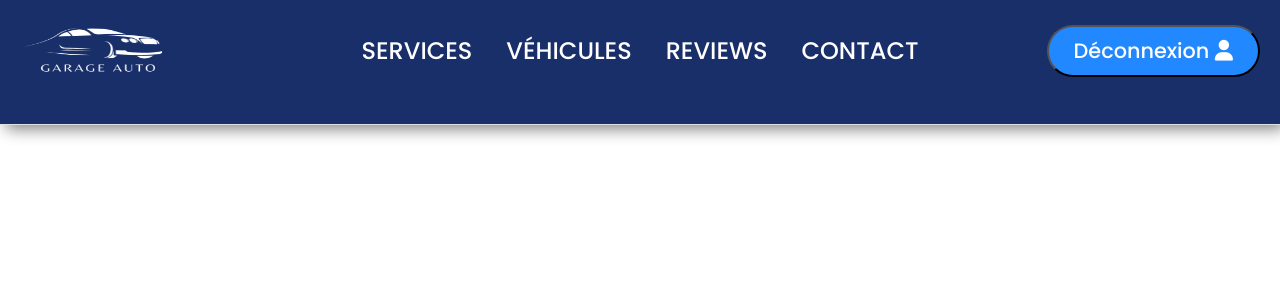
Repository: haifabilel/garage_ecf
Page: http://localhost/espace_admin/admin_page.php
An editor plug-in stored every save of this project. The page is shown before and after the next save, followed by the edit.
The browser window is 1280 px wide. The pictures show the whole page.
Some web fonts or font styles are not loaded; a fallback is used. Some web libraries are served in a nearby version. The page is run by PHP 8.4 with error messages shown; the project is at /var/www/html/.

Above is the page before, as saved 2023-10-14 14:10:19.

### espace_admin/admin_page.php
<?php
 require_once ('connexion.php');



 ?>
<!DOCTYPE html>
<html lang="fr">
 <head>
        <meta charset="utf-8">
        <meta http-equiv="X-UA-Compatible" content="IE=edge">
        <title>garage</title>
        <meta name="description" content="Notre garage est parfaitement équipé, le Garage V.Parrot entretient vos véhicules et propose également des occasions toutes marques garanties. Il assure également le diagnostic et la réparation
         toutes marques de vos véhicules.">
         <meta name="viewport" content="width=device-width, initial-scale=1">
         <link href="https://cdn.jsdelivr.net/npm/bootstrap-icons@1.10.2/font/bootstrap-icons.css" rel="stylesheet"/>
         <link href="https://cdn.jsdelivr.net/npm/bootstrap@5.2.3/dist/css/bootstrap.min.css" rel="stylesheet"/>
            <!-- Bootstrap icons CSS -->
        <link rel="stylesheet" href="https://cdn.jsdelivr.net/npm/bootstrap-icons@1.6.1/font/bootstrap-icons.css">
        <!-- font awesome cdn link-->
        <link rel="stylesheet" href="https://cdnjs.cloudflare.com/ajax/libs/font-awesome/6.3.0/css/all.min.css" integrity="sha512-SzlrxWUlpfuzQ+pcUCosxcglQRNAq/DZjVsC0lE40xsADsfeQoEypE+enwcOiGjk/bSuGGKHEyjSoQ1zVisanQ==" crossorigin="anonymous" referrerpolicy="no-referrer">
            <!-- Bootstrap -->
        <link rel="stylesheet" href="https://cdn.jsdelivr.net/npm/bootstrap@5.2.3/dist/css/bootstrap.min.css" integrity="sha384-rbsA2VBKQhggwzxH7pPCaAqO46MgnOM80zW1RWuH61DGLwZJEdK2Kadq2F9CUG65" crossorigin="anonymous">
            <!-- CSS Link -->
        <link rel="stylesheet" href="../css/style.css">
    </head>
    <header class="d-flex flex-wrap align-items-center justify-content-center justify-content-md-between py-3 mb-4 border-bottom">
      <div class="col-md-3 mb-2 mb-md-0">
      <a href="../index.php" class="logo">
          <img src="../assets/images/1.png" alt="logo" style="width: 190px; height: 140px; ">
        </a>
      </div>

      <ul class="nav col-12 col-md-auto mb-2 justify-content-center mb-md-0">
          <li><a href="#services" class="nav-link" px-2>services</a></li>
          <li><a href="./templates/vehicules.php" class="nav-link" px-2>Véhicules</a></li>
          <li><a href="#reviews" class="nav-link" px-2>Reviews</a></li>
          <li><a href="./templates/contact.php" class="nav-link" px-2>Contact</a></li>
      </ul>

      <div class="col-md-3 text-end">
      <button class="button" id="btn-login" >Déconnexion <i class="fa-solid fa-user"></i></a>
      </div>
    </header>
    <section>
<h2>Pannel admin : Bienvenue Mr Parrot</h2>



    </section>

### espace_admin/connexion.php
<?php

//connexion à la bdd
$user = 'root';
$pass = '';
try {
    $conn = new PDO('mysql:host=localhost;dbname=ecf',$user, $pass);
    $conn->setAttribute(PDO::ATTR_ERRMODE , PDO::ERRMODE_EXCEPTION);

}catch(PDOException $e){
  // Enregistrement du message d'erreur dans le fichier bdlogs.log pour sécuriser les coordonnées.
  file_put_contents('bdlogs.log', $e->getMessage().PHP_EOL, FILE_APPEND);

}


?>

### css/style.css
@import url('https://fonts.googleapis.com/css2?family=Cormorant+Garamond:ital,wght@1,300;1,400;1,500;1,600;1,700&family=Crimson+Text:wght@400;600&family=EB+Garamond:wght@700&family=Lora:ital@1&family=Nanum+Myeongjo:wght@400;700;800&family=Poppins:ital,wght@0,300;0,500;0,600;1,200;1,300;1,400;1,500&display=swap');
*{
    margin: 0;
    padding: 0;
    box-sizing: border-box;
    outline:none;
    text-decoration:none;
    font-family: 'Poppins' , sans-serif;
}
/*Variables*/
:root{
    --main-color:#2288ff;
    --second-color:#192f6a;
    --text-color:#314862;
    --bg-color:#fff;
    --bg-box: #c6c4c462;
}
/*header starts*/
header{
    display:block;
    width:100%;
    height: 160px;
    background: var(--second-color);
    position: fixed;
    top:-35px;
    left:0;
    z-index:100;
    box-shadow: 5px 5px 15px -1px #808080;
}
.nav{
    display:flex;
    align-items: center;
    justify-content:space-between;
    padding: 20px;
    display:flex;
}

.nav a {
    padding: 8px 17px;
    color: var(--bg-color);
    font-size:1.5rem;
    text-transform:uppercase;
    text-decoration: none;
}
.nav a:hover{
    transform: scale(1.1);
    transition:0.2s;
    color:var(--main-color);
}
.button{
    margin-right: 20px;
    padding: 8px 25px;
    background-color:var(--main-color);
    color:var(--bg-color);
    border-radius: 5rem;
    font-size: 1.3rem;
   text-decoration: none;
}
.button:hover{
   transform:scale(1.1);
    transition: 0.2s;
    color: var(--bg-color);
}
/* header ends */
/* home starts */
.home{
    margin-top:6rem;
}
h2{
    margin-left: 8rem;
     text-align: center;
     color:var(--main-color);
     font-size: 2rem;
     background-color: var(--bg-box);
     display:block;
     width:80%;
 }
/* home ends */
/* section services starts */
h1{
    color: var(--main-color);
}
.vehicules{
    color: red;
}
.container-services{
    width:100wh;
}
.row{
   padding: 20px;
   display:flex;
}
.card{
    margin-left: 20px;
    box-shadow: 5px 5px 10px -1px #808080;
    width: 95%;
}
.card:hover{
    background-color: var(--bg-box);
}
/* section services ends */
/* registre_page starts */
.form-container{
   height:100vh;
    width:100%;
    display:flex;
    align-items: center;
    justify-content: center;
    margin: auto;
    padding:20px;
    background: #eee;

}
.form-container form{
   padding: 20px;
   border-radius:5px;
   box-shadow: 0 5px 10px rgba(0,0,0,.1);
   background:white;
   text-align:center;
   width:500px;
}
.form-container form input,
.form-container textarea,
.form-container form select{
    width:100%;
    padding:10px 15px;
    font-size:20px;
    margin:8px 0;
    background: #eee;
}
.form-container form select option{
    background: white;

}
.form-btn{
    background-color: blue;

}
.form-container form a {
    text-decoration: none;
}
.error-msg{
    color:white;
    margin:10px 0;
    display: block;
    background-color: red;
    font-size: 20px;
}
/* registre_page ends */
/* vehicules page starts */

.js-filter-form{
background-color: var(--bg-box);

}
.kilométrage, .Années{
    margin-bottom: 20px;

}
 h3{
    text-align: center;
    background-color:var(--second-color);
    color:white;
    width: 100%;

}
.js-filter-form h3{
    color: var(--bg-color);
}
.js-filter-form p{
    padding: 0 10px;
    font-size: 0.7rem;

}
.field{
    padding: 0 20px;

}
.field input{

    text-align: center;
    -moz-appearance:textfield;

}



.slider{
    height: 7px;
    background-color: var(--bg-color);
    position: relative;
    width: 90%;
    margin:0 20px;
    border-radius: 5px;

}
.slider .progress{
    background-color: var(--main-color);
    margin:0 20px;
    height: 7px;
    left:1%;
    right:1%;
    position:absolute
}
.range-input{
    position: relative;
}
.range-input input{
    position:absolute;
    top:-7px;
    height:5px;
    width:100%;
    -webkit-appearance: none;
    pointer-events: none;
    background: none;
}
input[type="range"]::-webkit-slider-thumb{
    height: 17px;
    width: 17px;
    border-radius: 50%;
    pointer-events: auto;
    -webkit-appearance: none;
    background: var(--main-color);
}
input[type="range"]::-moz-range-thumb{
    height: 17px;
    width: 17px;
    border-radius: 50%;
    pointer-events: auto;
    -moz-appearance: none;
    background: var(--main-color);
}
#Contact{
    margin-top: -50px;
}
.js-filter-content{
    display:flex;
}
.card-deck .card{
   margin-bottom:30px;
}
/* vehicules page ends */
/* footer starts */
footer{
    background-color:var(--bg-box);
    height: 250px;
    width: 100wh;

}
iframe{
    width:520px;
    height: 250px;
    position: absolute;
    z-index: 1;

  }

After the next save:
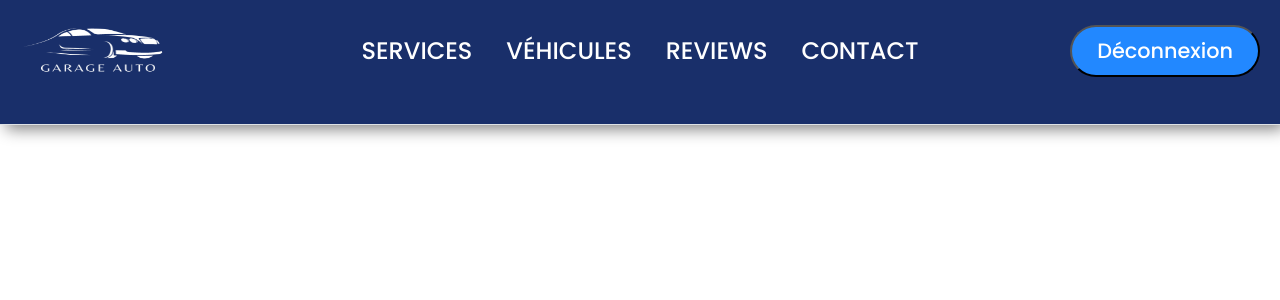
Saved 25 s later.
--- a/espace_admin/admin_page.php
+++ b/espace_admin/admin_page.php
@@ -39,7 +39,7 @@
       </ul>
 
       <div class="col-md-3 text-end">
-      <button class="button" id="btn-login" >Déconnexion <i class="fa-solid fa-user"></i></a>
+      <button class="button" id="btn-login" >Déconnexion </a>
       </div>
     </header>
     <section>
